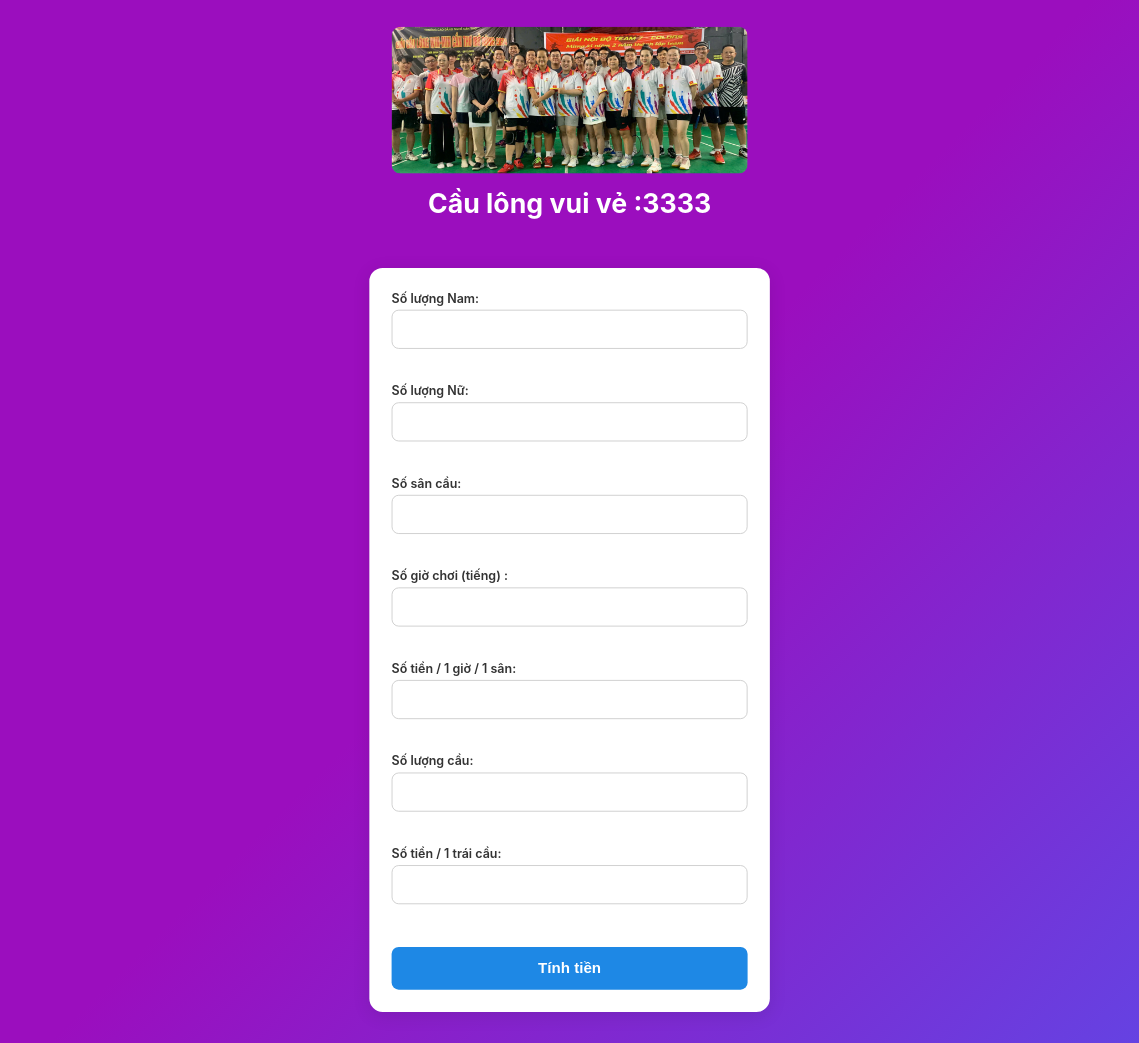
Repository: LuongPTCE181311/Badminton
Page: index.html
The author's editor kept a copy of each file at every save. The page is drawn from the files as they stood at one save, then again after a run of saves.
The browser window is 1280 px wide. The pictures show the whole page, at 89% of full size.

Above is the page before, as saved 2025-12-07 22:27:28.

After the next 2 saves:
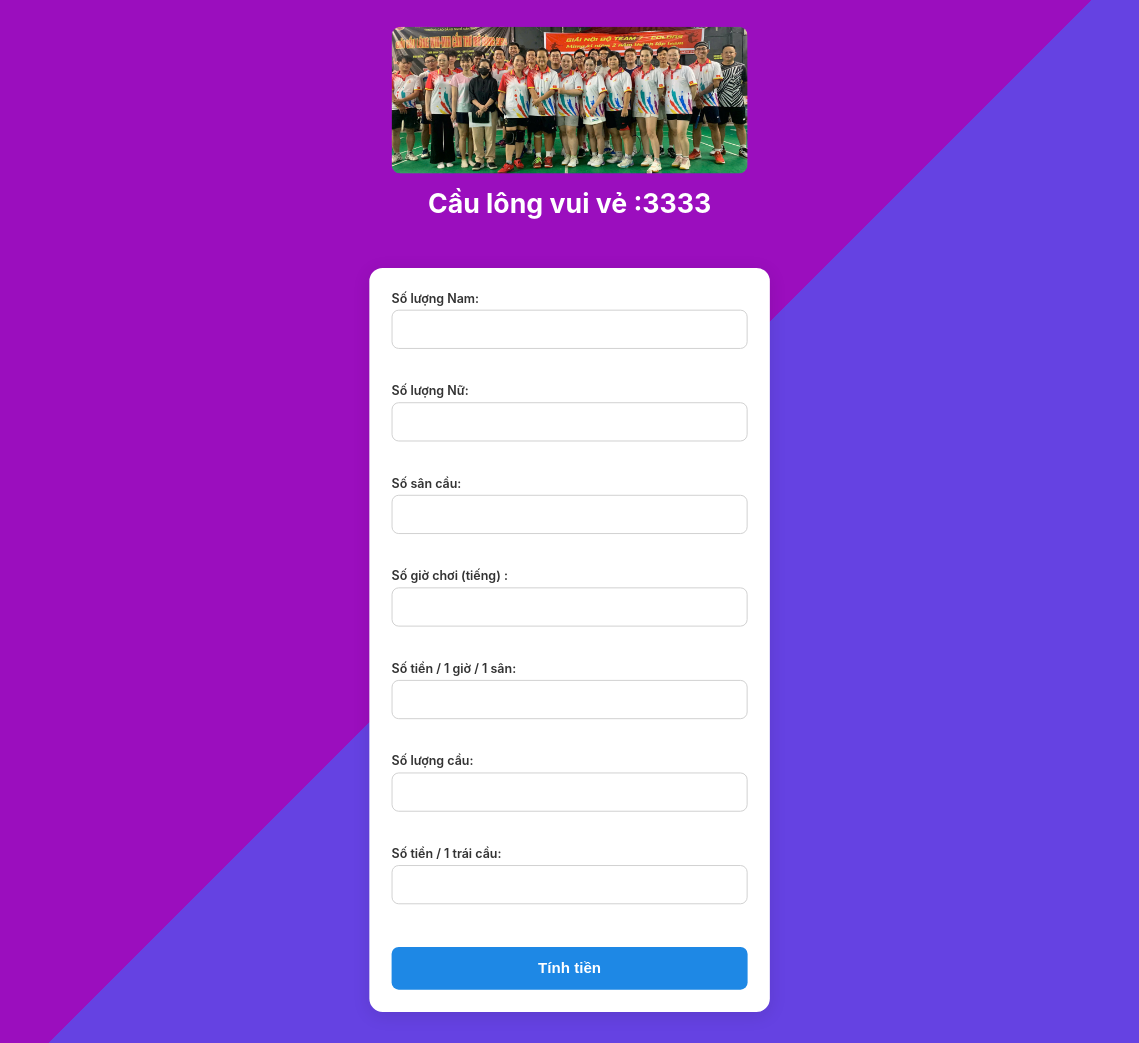
The 2 saves are shown as one change because they came seconds apart.
The last was saved 6 s later.
--- a/assets/css/style.css
+++ b/assets/css/style.css
@@ -7,7 +7,7 @@
   padding: 10px;
   font-family: -apple-system, BlinkMacSystemFont, "Segoe UI", Roboto,
     "Helvetica Neue", Arial, sans-serif;
-  background: linear-gradient(135deg, #9b0ebe 50%, #6542e2 100%);
+  background: linear-gradient(135deg, #9b0ebe 50%, #6542e2 50%);
   min-height: 100vh;
 }
 

After the save that followed:
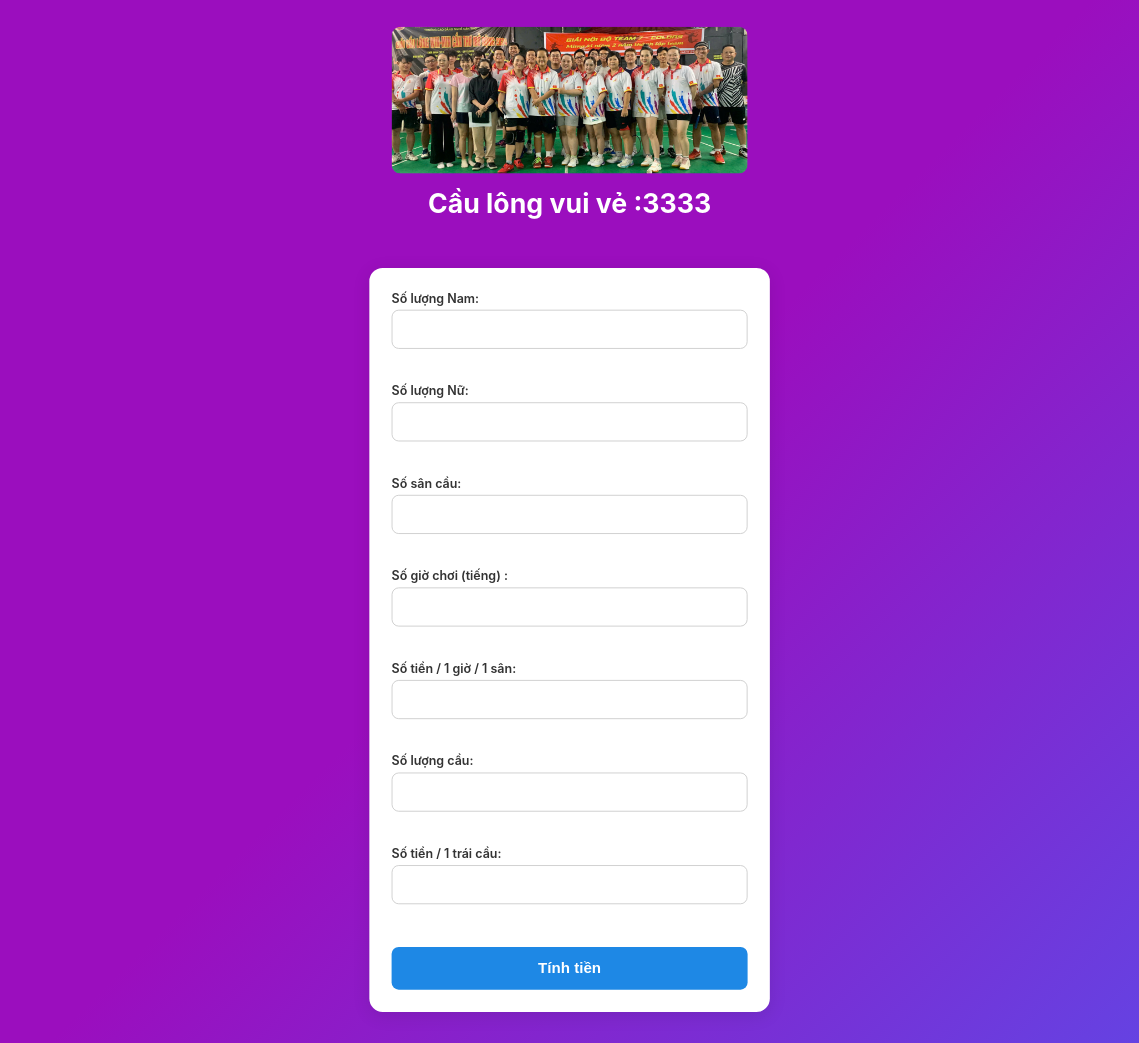
Saved 5 s later.
--- a/assets/css/style.css
+++ b/assets/css/style.css
@@ -7,7 +7,7 @@
   padding: 10px;
   font-family: -apple-system, BlinkMacSystemFont, "Segoe UI", Roboto,
     "Helvetica Neue", Arial, sans-serif;
-  background: linear-gradient(135deg, #9b0ebe 50%, #6542e2 50%);
+  background: linear-gradient(135deg, #9b0ebe 50%, #6542e2 100%);
   min-height: 100vh;
 }
 
